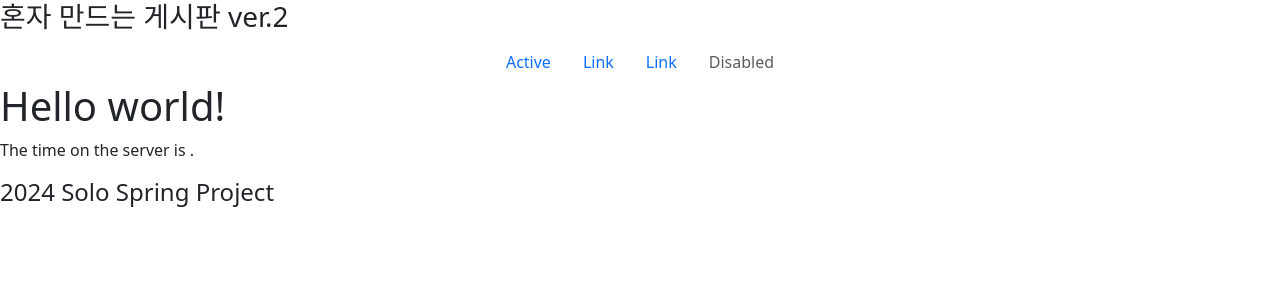
Repository: nefer2/Spring_test
Page: http://localhost/spring_test7/WEB-INF/views/index.jsp
An editor plug-in stored every save of this project. The page is shown before and after the next save, followed by the edit.
The browser window is 1280 px wide. The pictures show the whole page.
The page is served by Tomcat 9. Nobody is signed in. Other server files are loaded and not shown. The template is opened directly, without the code that normally fills it, so the values that code supplies are empty.

Above is the page before, as saved 2024-01-17 02:05:26.

### spring_test7/src/main/webapp/WEB-INF/views/index.jsp
<%@ page language="java" contentType="text/html; charset=UTF-8"
    pageEncoding="UTF-8"%>
<%@ page session="true" %>

<jsp:include page="./layout/header.jsp"></jsp:include>
<jsp:include page="./layout/navbar.jsp"></jsp:include>


<body>
<h1>
	Hello world!
</h1>

<P>  The time on the server is ${serverTime}. </P>

</body>


<jsp:include page="./layout/footer.jsp"></jsp:include>

### spring_test7/src/main/webapp/WEB-INF/views/layout/header.jsp
<%@ page language="java" contentType="text/html; charset=UTF-8"
    pageEncoding="UTF-8"%>
<!DOCTYPE html>
<html>
<head>
<h3>혼자 만드는 게시판 ver.2</h3>
</head>

### spring_test7/src/main/webapp/WEB-INF/views/layout/navbar.jsp
<%@ page language="java" contentType="text/html; charset=UTF-8"
    pageEncoding="UTF-8"%>


<script src="https://cdn.jsdelivr.net/npm/bootstrap@5.3.1/dist/js/bootstrap.bundle.min.js" integrity="sha384-HwwvtgBNo3bZJJLYd8oVXjrBZt8cqVSpeBNS5n7C8IVInixGAoxmnlMuBnhbgrkm" crossorigin="anonymous"></script>
<link href="https://cdn.jsdelivr.net/npm/bootstrap@5.3.1/dist/css/bootstrap.min.css" rel="stylesheet" integrity="sha384-4bw+/aepP/YC94hEpVNVgiZdgIC5+VKNBQNGCHeKRQN+PtmoHDEXuppvnDJzQIu9" crossorigin="anonymous">


<ul class="nav justify-content-center">

  <li class="nav-item">
    <a class="nav-link active" aria-current="page" href="#">Active</a>
  </li>
  <li class="nav-item">
    <a class="nav-link" href="#">Link</a>
  </li>
  <li class="nav-item">
    <a class="nav-link" href="#">Link</a>
  </li>
  <li class="nav-item">
    <a class="nav-link disabled" aria-disabled="true">Disabled</a>
  </li>
</ul>

### spring_test7/src/main/webapp/WEB-INF/views/layout/footer.jsp
<%@ page language="java" contentType="text/html; charset=UTF-8"
    pageEncoding="UTF-8"%>




<div><h4>2024 Solo Spring Project</h4></div>

</body>
</html>

After the next save:
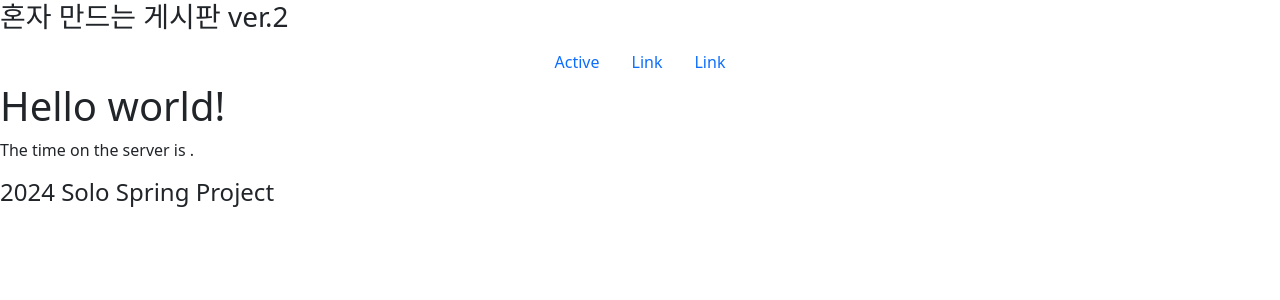
Saved 19 s later.
--- a/spring_test7/src/main/webapp/WEB-INF/views/layout/navbar.jsp
+++ b/spring_test7/src/main/webapp/WEB-INF/views/layout/navbar.jsp
@@ -17,7 +17,4 @@
   <li class="nav-item">
     <a class="nav-link" href="#">Link</a>
   </li>
-  <li class="nav-item">
-    <a class="nav-link disabled" aria-disabled="true">Disabled</a>
-  </li>
 </ul>
